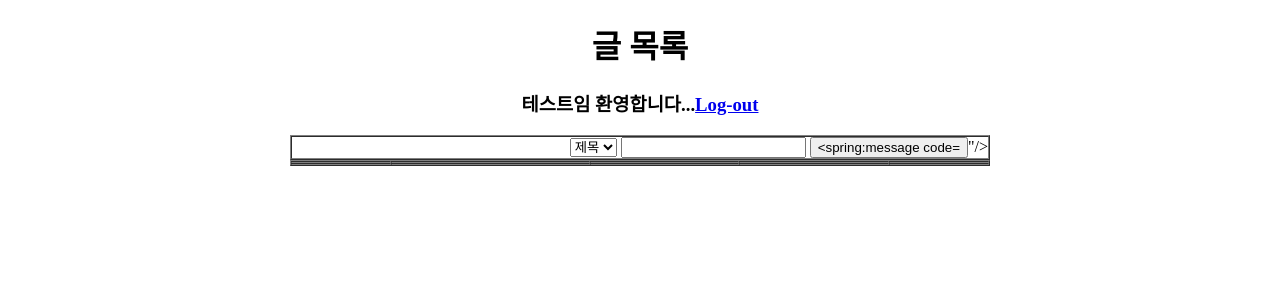
Repository: Dev-Aria/WebStudy
Page: http://localhost/BoardWeb/getBoardList.jsp
The author's editor kept a copy of each file at every save. The page is drawn from the files as they stood at one save, then again after the next save.
The browser window is 1280 px wide. The pictures show the whole page.
The page is served by Tomcat 9. Queries for data that is not in the repository find no rows.

Above is the page before, as saved 2018-05-02 18:35:34.

After the next save:
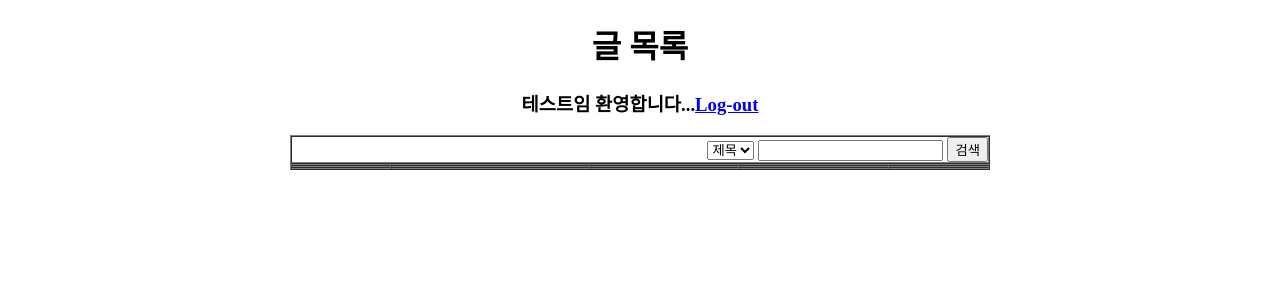
Saved 10 s later.
--- a/workspace_sts/BoardWeb/src/main/webapp/getBoardList.jsp
+++ b/workspace_sts/BoardWeb/src/main/webapp/getBoardList.jsp
@@ -34,7 +34,7 @@
        	 <option value="CONTENT">내용
         </select>
         <input name="searchKeyword" type="text"/>
-        <input type="submit" value="<spring:message code="message.board.list.search.condition.btn"/>"/>
+        <input type="submit" value="검색"/>
     </td>
 </tr>
 </table>
